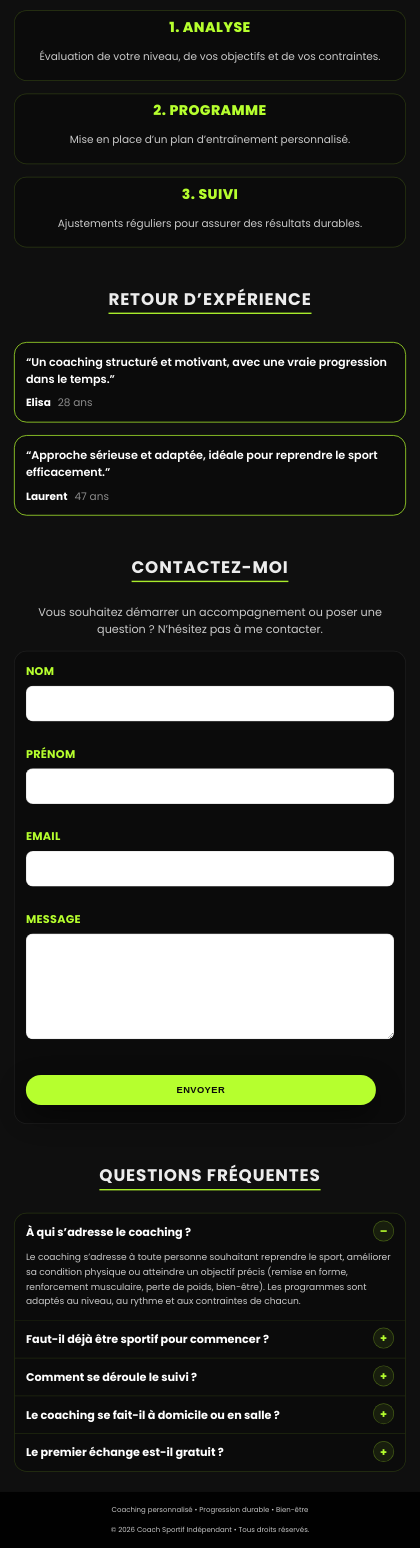
Repository: ThomasHdrd/CoachFitness
Page: index.html
An editor plug-in stored every save of this project. The page is shown before and after the next save, followed by the edit.
The browser window is 600 px wide. The pictures show the part of the page from y = 1542 to 3782 px (the page is 3753 px tall before and 3782 px after), at 70% of full size.

Above is the page before, as saved 2026-01-20 23:29:25.

After the next save:
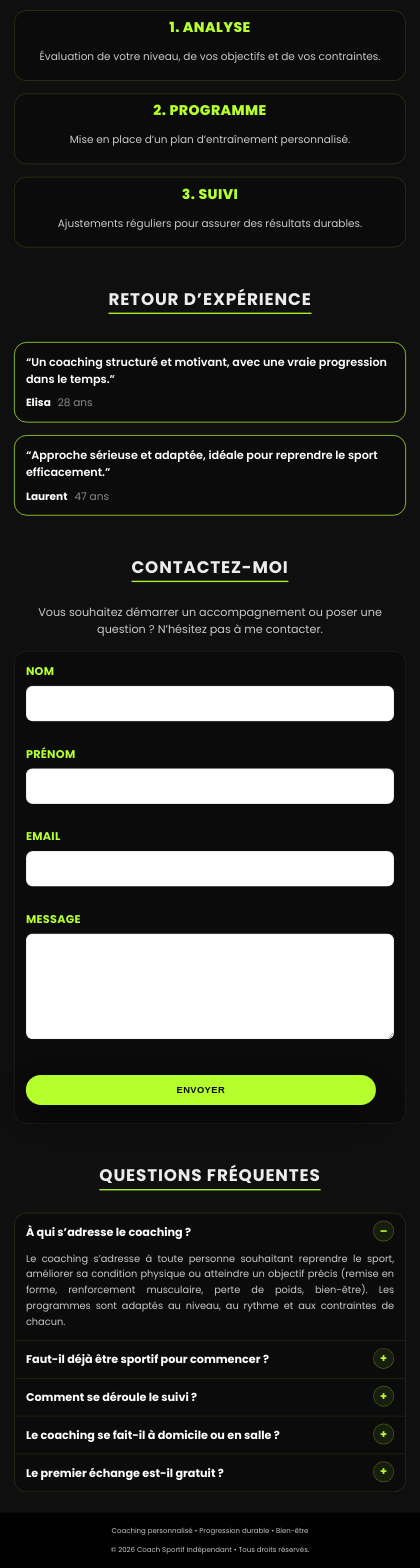
Saved 11 s later.
--- a/styles.css
+++ b/styles.css
@@ -549,7 +549,7 @@ input:focus, textarea:focus{
   .nav-link{ width:100%; text-align:center; padding: 12px; }
   .faq-item summary{ font-size: 16px; }
   .faq-item summary{ padding-right: 50px; }
-  .faq-body { font-size: 13px; }
+  .faq-body { text-align: justify; }
   .contact-text{ font-size: 16px; }
   .nav-cta{ width:100%; }
   .footer-inner{
